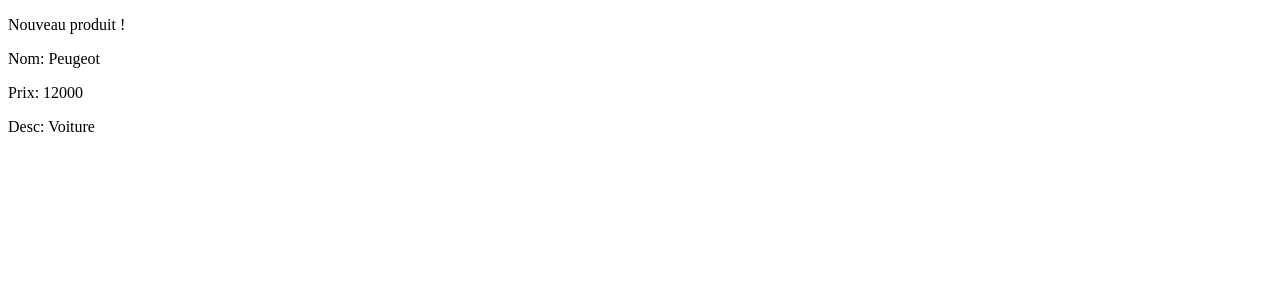
Repository: lemzoo/Formation_JEE
Page: http://localhost/TP_04__JSP_JavaBean/afficheProduit3.jsp
These files come from the project's save history. The page is drawn as it stood at one moment and after the next save; the edit follows.
The browser window is 1280 px wide. The pictures show the whole page.
The page is served by Tomcat 9.

Above is the page before, as saved 2016-06-21 09:32:04.

After the next save:
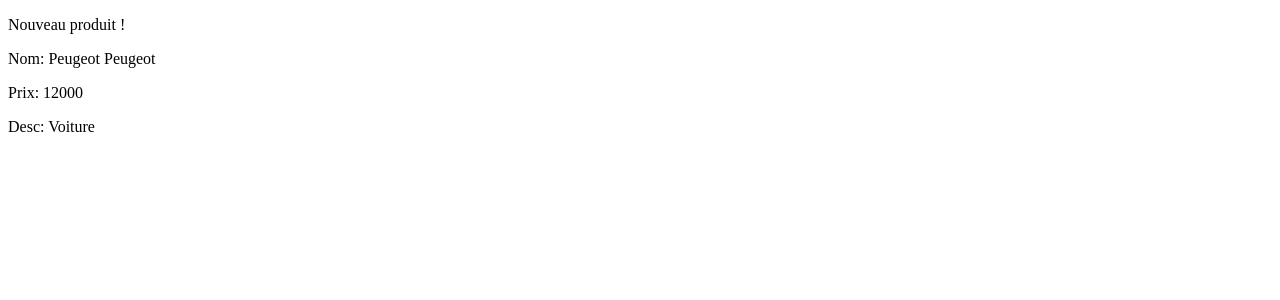
Saved 50 s later.
--- a/TP_04__JSP_JavaBean/src/main/webapp/afficheProduit3.jsp
+++ b/TP_04__JSP_JavaBean/src/main/webapp/afficheProduit3.jsp
@@ -15,6 +15,7 @@
 
 	<p>
 		Nom:
+		<jsp:getProperty property="nom" name="produit"/>
 		<%=produit.getNom()%></p>
 	<p>
 		Prix:

After the save that followed:
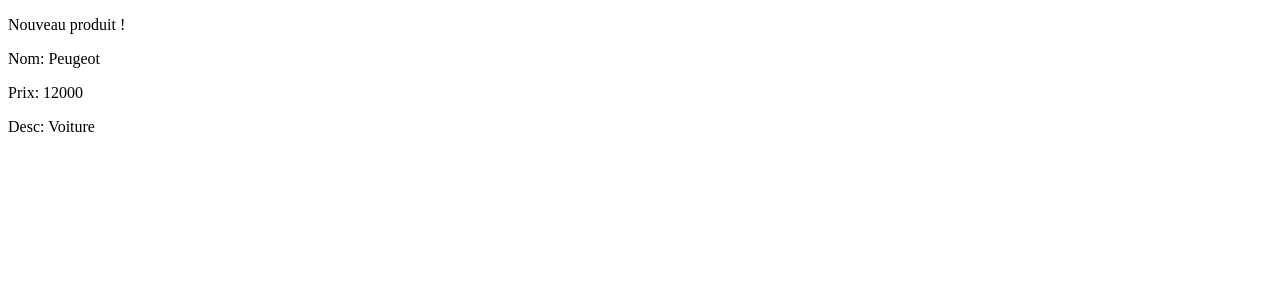
Saved 20 s later.
--- a/TP_04__JSP_JavaBean/src/main/webapp/afficheProduit3.jsp
+++ b/TP_04__JSP_JavaBean/src/main/webapp/afficheProduit3.jsp
@@ -16,7 +16,6 @@
 	<p>
 		Nom:
 		<jsp:getProperty property="nom" name="produit"/>
-		<%=produit.getNom()%></p>
 	<p>
 		Prix:
 		<%=produit.getPrix()%></p>
